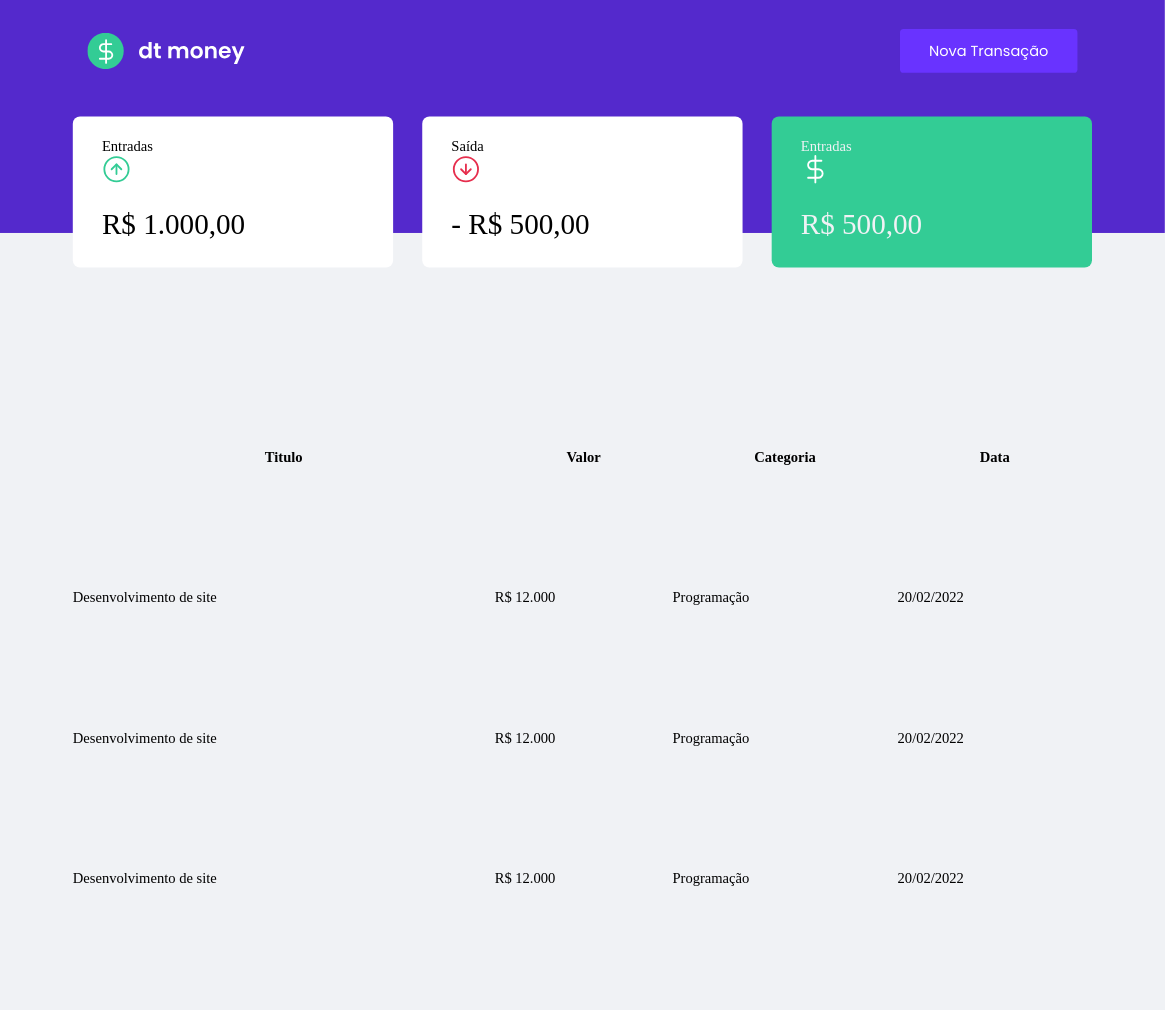
Repository: viniciusfg05/vlmoney
Page: /
These files come from the project's save history. The page is drawn as it stood at one moment and after the next save; the edit follows.
The browser window is 1280 px wide. The pictures show the whole page, at 91% of full size.
The project was rebuilt for these pictures with package versions that can differ from the ones it lists, and the page was loaded fresh each time.

Above is the page before, as saved 2022-02-21 15:09:31.

### public/index.html
<!DOCTYPE html>
<html lang="en">
  <head>
    <link rel="preconnect" href="https://fonts.googleapis.com" />

    <meta charset="utf-8" />
    <meta name="viewport" content="width=device-width, initial-scale=1" />

    <link rel="shortcut icon" href="favicon.png" type="image/png" />

    <link rel="preconnect" href="https://fonts.gstatic.com" crossorigin />
    <link
      href="https://fonts.googleapis.com/css2?family=Poppins:wght@400;500;600&display=swap"
      rel="stylesheet"
    />
    <title>VlMoney</title>
  </head>
  <body>
    <noscript>You need to enable JavaScript to run this app.</noscript>
    <div id="root"></div>
  </body>
</html>

### src/App.tsx
import { Dashboard } from './components/Dashboards';
import { Header } from './components/Header';
import { GlobalStyles } from './styles/global';

export function App() {
  return (
    <>
      <Header />
      <Dashboard />
      <GlobalStyles />
    </>
  );
}

//export default App: pq nao usar que quem defini o nome da exportação é o importação e não a exportação

### src/components/Dashboards/index.tsx
import { Summary } from "../summary";
import { TransitionsTable } from "../transaction";
import { Container } from "./styles";

 export function Dashboard() {
   return (
    <Container>
    <Summary />
    <TransitionsTable />
    </Container>
   )
 }

### src/components/Header/index.tsx
import logoImg from '../../assets/logo.svg'
import { Container, Content } from './styles'

export function Header() {
  return (
    <Container>
      <Content>
        <img src={logoImg} alt="vlmoney" />
        <button>
          Nova Transação
        </button>
      </Content>
    </Container>
  )
}

### src/styles/global.ts
import { createGlobalStyle } from 'styled-components'

export const GlobalStyles = createGlobalStyle`
  :root {
    --background: #f0f2f5;
    --roxo: #5429CC;
    --roxo-light: #6933FF;
    --green: #33CC95;
    --red: #E62E4D;
    --shape: #FFFFFF;
    --title-body: #363F5F;
    --text-body: #969CB3;
  }

  *{
    margin: 0;
    padding: 0;
    box-sizing: border-box;
  }

  html {
    @media (max-width: 1080px) {
      font-size: 93.75%; // 15px
    }

    @media (max-width: 720px) {
      font-size: 87.5%; // 15px
    }
  }

  body {
    background: var(--background) ;
    -webkit-font-smothing: antialiased; //para font ficar mais nitida
  }

  border-style, input, textarea, button {
    font-family: "Poppins", sans-serif;
    font-weight: 400;
  }

  h1, h2, h3, h4, h5, h6, strong {
    font-weight: 600;
  }

  button {
    cursor: pointer;
  }

  [disabled] {
    opacity: 0.6;
    cursor: not-allowed; //nao permitido
  }
`

### src/components/summary/index.tsx
import incomeImg from '../../assets/income.svg';
import outcomeImg from '../../assets/outcome.svg';
import totalImg from '../../assets/total.svg';


import { Container } from "./styles";

 export function Summary() {
  return (

    <Container >
      <div>
        <header>
          <p>Entradas</p>
          <img src={incomeImg} alt="Entradas" />
        </header>
        <strong>R$ 1.000,00</strong>
      </div>

      <div>
        <header>
          <p>Saída</p>
          <img src={outcomeImg} alt="Saidas" />
        </header>
        <strong>- R$ 500,00</strong>
      </div>

      <div className="light-background">
        <header>
          <p>Entradas</p>
          <img src={totalImg} alt="total" />
        </header>
        <strong>R$ 500,00</strong>
      </div>
    </Container >
  )
 }

### src/components/transaction/index.tsx
import { Container } from "./styles";

export function TransitionsTable() {
  return (
    <Container>
      <table>
        <thead >
          <tr>
            <th>Titulo</th>
            <th>Valor</th>
            <th>Categoria</th>
            <th>Data</th>
          </tr>
        </thead>
        <tbody>
          <tr>
            <td>Desenvolvimento de site</td>
            <td>R$ 12.000</td>
            <td>Programação</td>
            <td>20/02/2022</td>
          </tr>
          <tr>
            <td>Desenvolvimento de site</td>
            <td>R$ 12.000</td>
            <td>Programação</td>
            <td>20/02/2022</td>
          </tr>
          <tr>
            <td>Desenvolvimento de site</td>
            <td>R$ 12.000</td>
            <td>Programação</td>
            <td>20/02/2022</td>
          </tr>
        </tbody>
      </table>
    </Container>
  )
}

### src/components/Dashboards/styles.ts
import styled from "styled-components";

 export const Container = styled.main`
  max-width: 1120px;
  margin: 0 auto;
  padding: 2.5 1rem;
 `;

### src/components/Header/styles.ts
import styled from 'styled-components'

export const Container = styled.header`
  background-color: var(--roxo);
`;

export const Content = styled.div`
  max-width: 1120px;
  margin: 0 auto;

  padding: 2rem 1rem 11rem;

  display: flex;
  align-items: center;
  justify-content: space-between;

  button{
    font-size:  1rem;
    color: #fff;
    background: var(--roxo-light);
    border: 0;
    padding: 0 2rem;
    border-radius: 0.25rem;
    height: 3rem;
    transition: 0.3s;

    &:hover {
      filter:brightness(0.9)
    }
  }
`;

### src/components/summary/styles.ts
import styled from "styled-components";

 export const Container = styled.div`
  display: grid;
  grid-template-columns: repeat(3, 1fr);
  gap: 2rem;
  margin-top: -8rem;

  div{
    background: var(--shape);
    padding: 1.5rem 2rem;
    border-radius: 0.5rem;
    color: var(--text-body)

    header{
      display: flex;
      align-items: center;
      justify-content: space-between;
    }

    strong {
      display: block;
      margin-top: 1rem;
      font-size: 2rem;
      font-weight: 500;
      line-height: 3rem; //ocupar um pouco mais de espaço dentro
    }

    &.light-background {
      background: var(--green);
      color: var(--background);
    }
  }
 `;

### src/components/transaction/styles.ts
import styled from "styled-components";

export const Container = styled.div`
  margin-top: 4rem;

  table{
    width: 100%;
    border-spacing: 0 8.5rem
  }
`

Loaded but not shown: src/index.tsx (common file)

After the next save:
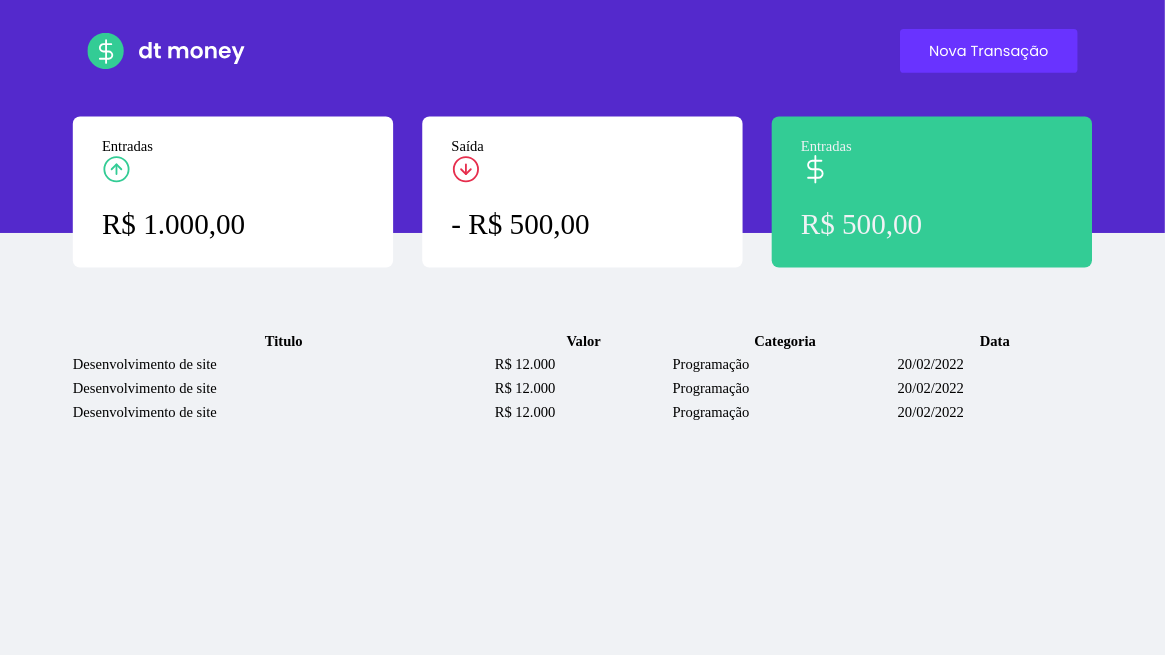
Saved 6 s later.
--- a/src/components/transaction/styles.ts
+++ b/src/components/transaction/styles.ts
@@ -5,6 +5,6 @@ export const Container = styled.div`
 
   table{
     width: 100%;
-    border-spacing: 0 8.5rem
+    border-spacing: 0 0.5rem
   }
 `
